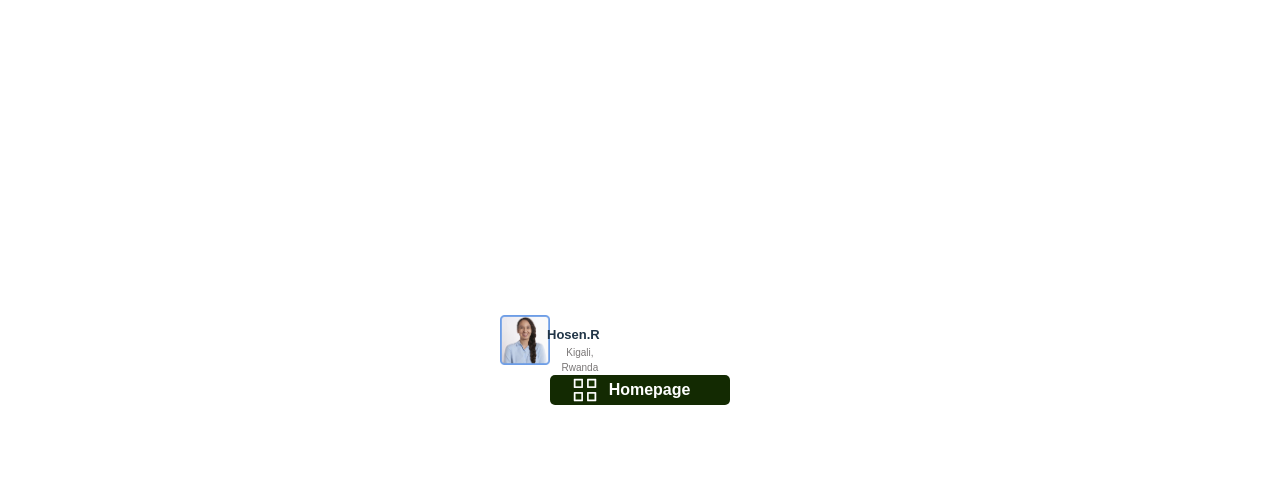
Repository: Auda-frontend/Kenshikeza
Page: /
The author's editor kept a copy of each file at every save. The page is drawn from the files as they stood at one save, then again after a run of saves.
The browser window is 1280 px wide. The pictures show the whole page.
The project was rebuilt for these pictures with package versions that can differ from the ones it lists, and the page was loaded fresh each time. Also part of the build but not shown: vite.config.js.

Above is the page before, as saved 2024-01-25 09:46:28.

After the next 3 saves:
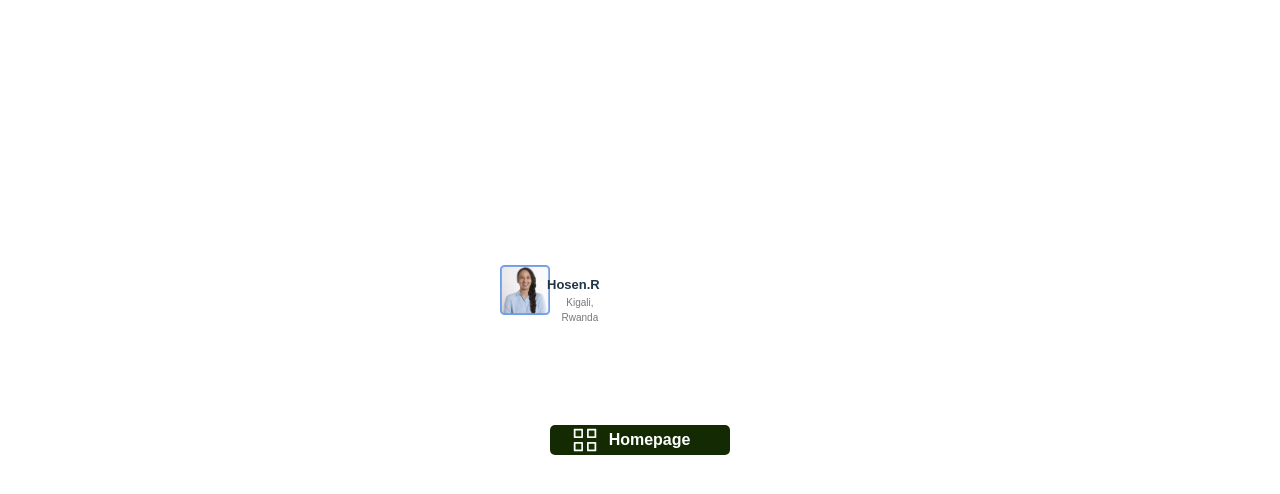
The 3 saves are shown as one change because they came seconds apart.
The last was saved 23 s later.
--- a/src/Components/SideBar.css
+++ b/src/Components/SideBar.css
@@ -12,6 +12,7 @@
     max-width: 25%;
     max-height: 100%;
     flex-direction: column;
+    gap: 100px;
 }
 .leftSide .profilePhoto{
     float: left;
